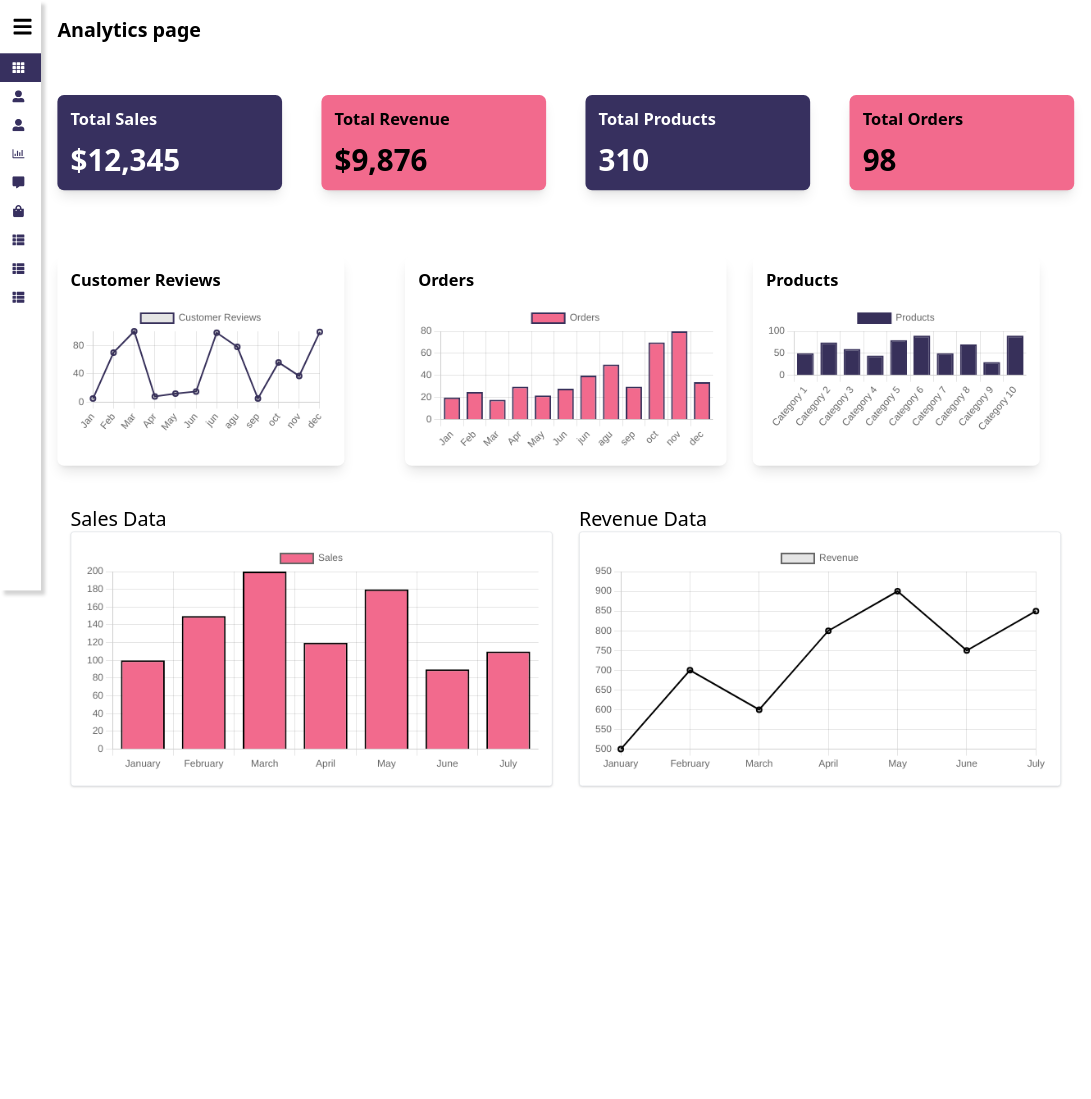
Repository: AndargWorku12/admin-dashboard
Page: /
An editor plug-in stored every save of this project. The page is shown before and after the next save, followed by the edit.
The browser window is 1280 px wide. The page is 1330 px wide, so the pictures cover 1330 px, including what lies to the right of the window. The pictures show the whole page, at 82% of full size.
The project was rebuilt for these pictures with package versions that can differ from the ones it lists, and the page was loaded fresh each time. Also part of the build but not shown: src/styles/orders.css, src/pages/OrderTable.tsx, src/pages/OrderModal.tsx, src/pages/Orders.tsx, src/styles/category.css, src/pages/CategoryPage.tsx, src/styles/login.css, src/pages/Login.tsx and 9 more.

Above is the page before, as saved 2024-02-03 04:22:18.

### src/index.tsx
import { ColorModeScript } from "@chakra-ui/react"
import * as React from "react"
import * as ReactDOM from "react-dom/client"
import App from "./App"
import './index.css'

const container = document.getElementById("root")
if (!container) throw new Error('Failed to find the root element');
const root = ReactDOM.createRoot(container)

root.render(

  <React.StrictMode>
    <ColorModeScript />
    <App />
  </React.StrictMode>,

)

### src/App.tsx

import React, {useState} from 'react';
import { BrowserRouter, Route, Routes } from 'react-router-dom';
import Sidebar from './components/Sidebar';
import Dashboard from './pages/Dashboard';
// import SignUpForm from './pages/LoginPopup'
import Orders from './pages/Orders';
import Category from './pages/CategoryPage';
import Login from './pages/Login'
import Analytics from './pages/Analytics';
import CustemerReview from './pages/CustemerReview';
import ProductList from './pages/ProductList';
import ShopCard from './pages/ShopCard';
import './App.css'
import SignUpForm from './pages/SignUpForm';
import ForgotPassword from './pages/ForgetPassword';
// import AnalyticsPage from './pages/Analytics';



type SaleData = {
  date: string;
  amount: number;
};

type RevenueData = {
  month: string;
  revenue: number;
};

type Product = {
    id: string;
    photo: string;
    name: string;
    price: number;
    category: string;
};

type Order = {
    id: string;
    productName: string;
    quantity: number;
    totalPrice: number;

};

type CategoryType = {
  id: string;
  photo:string;
  name: string;
};



// Sample props for components
type DashboardProps = {
  saleData: SaleData[];
  revenueData: RevenueData[];
  // ... other props
};

type AnalyticsProps = {
  salesData: SaleData[];
  // ... other props
};

type ProductProps = {
  products: Product[];
  onUpdate: (productId: string, updatedProduct: Product) => void;

};




type OrderProps = {
  orders: Order[];
  // ... other props
};

type CategoryProps = {
  categories: CategoryType[];
  // ... other props
};







const App: React.FC = () => {


// for the product page to handle
  const [products, setProducts] = useState<Product[]>([


    {
      id: '1',
      photo: 'https://img.ltwebstatic.com/images3_pi/2022/01/10/16417919016a32607182dd11dedeb77e8324b683e8_thumbnail_900x.webp',
      name: 'Product 1',
      price: 29.99,
      category: 'Electronics',
    },
    {
      id: '2',
      photo: 'https://img.ltwebstatic.com/images3_pi/2022/01/10/16417919016a32607182dd11dedeb77e8324b683e8_thumbnail_900x.webp',
      name: 'Product 2',
      price: 49.99,
      category: 'Clothing',
    },
    {
      id: '3',
      photo: 'https://img.ltwebstatic.com/images3_pi/2022/01/10/16417919016a32607182dd11dedeb77e8324b683e8_thumbnail_900x.webp',
      name: 'Product 3',
      price: 9.99,
      category: 'Books',
    },
    {
      id: '4',
      photo: 'https://img.ltwebstatic.com/images3_pi/2022/01/10/16417919016a32607182dd11dedeb77e8324b683e8_thumbnail_900x.webp',
      name: 'Product 4',
      price: 79.99,
      category: 'Home and Kitchen',
    },
    {
      id: '5',
      photo: 'https://img.ltwebstatic.com/images3_pi/2022/01/10/16417919016a32607182dd11dedeb77e8324b683e8_thumbnail_900x.webp',
      name: 'Product 5',
      price: 39.99,
      category: 'Toys',
    },



  ]);

  // Function to handle creating a new product
  const handleCreate = (newProduct: Product) => {
    setProducts((prevProducts) => [...prevProducts, newProduct]);
  };

  // Function to handle updating a product

  const handleUpdate = (productId: string, newName: string, newPrice: number) => {
    setProducts((prevProducts) =>
      prevProducts.map((product) =>
        product.id === productId
          ? { ...product, name: newName, price: newPrice }
          : product
      )
    );
  };



  // Function to handle deleting a product
  const handleDelete = (productId: string) => {
    setProducts((prevProducts) => prevProducts.filter((product) => product.id !== productId));
  };

//  for AnalyticsPage
// for category page


const [categories, setCategories] = useState<CategoryType[]>([
  {
    id: '1',
    photo: 'https://plus.unsplash.com/premium_photo-1661662850226-83c981ed4eba?w=500&auto=format&fit=crop&q=60&ixlib=rb-4.0.3&ixid=M3wxMjA3fDB8MHxzZWFyY2h8MXx8bGFwdG9wJTIwY29tcHV0ZXJ8ZW58MHx8MHx8fDA%3D',
    name: 'Category 1',
  },
  {
    id: '2',
    photo: 'https://plus.unsplash.com/premium_photo-1661662850226-83c981ed4eba?w=500&auto=format&fit=crop&q=60&ixlib=rb-4.0.3&ixid=M3wxMjA3fDB8MHxzZWFyY2h8MXx8bGFwdG9wJTIwY29tcHV0ZXJ8ZW58MHx8MHx8fDA%3D',
    name: 'Category 2',
  },
  {
    id: '3',
    photo: 'https://plus.unsplash.com/premium_photo-1661662850226-83c981ed4eba?w=500&auto=format&fit=crop&q=60&ixlib=rb-4.0.3&ixid=M3wxMjA3fDB8MHxzZWFyY2h8MXx8bGFwdG9wJTIwY29tcHV0ZXJ8ZW58MHx8MHx8fDA%3D',
    name: 'Category 3',
  },
  {
    id: '4',
    photo: 'https://plus.unsplash.com/premium_photo-1661662850226-83c981ed4eba?w=500&auto=format&fit=crop&q=60&ixlib=rb-4.0.3&ixid=M3wxMjA3fDB8MHxzZWFyY2h8MXx8bGFwdG9wJTIwY29tcHV0ZXJ8ZW58MHx8MHx8fDA%3D',
    name: 'Category 4',
  },

]);

// Function to handle creating a new category
// const handleCreateCategory = (newCategory: CategoryType) => {
//   setCategories((prevCategories) => [...prevCategories, newCategory]);
// };
const handleCreateCategory = (newCategory: CategoryType) => {
  // Add the new category to the list of categories
  setCategories((prevCategories) => [...prevCategories, newCategory]);
};

const handleUpdateCategory = (categoryId: string, newName: string) => {
  setCategories((prevCategories) =>
    prevCategories.map((category) =>
      category.id === categoryId ? { ...category, name: newName } : category
    )
  );
};

// Function to handle deleting a category
const handleDeleteCategory = (categoryId: string) => {
  setCategories((prevCategories) => prevCategories.filter((category) => category.id !== categoryId));
};

  const saleData: SaleData[] = [
    { date: '2022-01-01', amount: 100 },
    { date: '2022-01-02', amount: 150 },
    { date: '2022-01-03', amount: 200 },
    { date: '2022-01-04', amount: 120 },
    { date: '2022-01-05', amount: 180 },
    { date: '2022-01-06', amount: 90 },
    { date: '2022-01-07', amount: 110 },
    { date: '2022-01-08', amount: 130 },
    { date: '2022-01-09', amount: 170 },
    { date: '2022-01-10', amount: 160 },
  ];

  const revenueData: RevenueData[] = [
    { month: 'January', revenue: 500 },
    { month: 'February', revenue: 700 },
    { month: 'March', revenue: 600 },
    { month: 'April', revenue: 800 },
    { month: 'May', revenue: 900 },
    { month: 'June', revenue: 750 },
    { month: 'July', revenue: 850 },
    { month: 'August', revenue: 950 },
    { month: 'September', revenue: 700 },
    { month: 'October', revenue: 850 },
  ];


   const [orders, setOrders] = useState<Order[]>([
    {
      id: '1',
      productName: 'Laptop',
      quantity: 2,
      totalPrice: 2000,
    },
    {
      id: '2',
      productName: 'Smartphone',
      quantity: 3,
      totalPrice: 1200,
    },
    {
      id: '3',
      productName: 'Headphones',
      quantity: 1,
      totalPrice: 100,
    },
    {
      id: '4',
      productName: 'Camera',
      quantity: 1,
      totalPrice: 800,
    },

   ]);

  // Function to create a new order
  const handleCreateOrder = (newOrder: Order) => {
    setOrders((prevOrders) => [...prevOrders, newOrder]);
  };

  // Function to delete an order
  const handleDeleteOrder = (orderId: string) => {
    const updatedOrders = orders.filter(order => order.id !== orderId);
    setOrders(updatedOrders);
  };

  // Function to update an order
  const handleUpdateOrder = (orderId: string, updatedOrder: Order) => {
    // Placeholder implementation: Updating the order in the list
    setOrders((prevOrders) =>
      prevOrders.map((order) =>
        order.id === orderId ? { ...order, ...updatedOrder } : order
      )
    );
  };

  return (
    <div>
    <BrowserRouter>
    <Sidebar>
      <Routes>
        <Route path="/" element={<Dashboard saleData={saleData} revenueData={revenueData}  />} />
        <Route path="/dashboard" element={<Dashboard saleData={saleData} revenueData={revenueData}  />} />
       <Route path="/login" element={<Login/>}/>
       <Route path='/forget-password' element={<ForgotPassword/>}/>
        <Route path="/signup" element={<SignUpForm />} />
        <Route path="/review"element={<CustemerReview username="John" joinedDate="2022-01-01" reviewDate="2022-01-15" reviewText="Lorem ipsum" />}
/>

        <Route path="/analytics" element={<Analytics  />} />
        <Route
  path="/product"
  element={<ProductList />}
/>
        <Route path="/shop" element={<ShopCard />} />
        <Route
        path="/orders"
        element={
          <Orders
/>
        }
      />

        <Route
            path="/category"
            element={<Category />}
          />

      </Routes>
    </Sidebar>
  </BrowserRouter>
  </div>
  );
};

export default App;

### src/components/Sidebar.tsx
import React, { useState } from 'react';
import ReactNode from "react";
import {
    FaTh,
    FaBars,
    FaUserAlt,
    FaRegChartBar,
    FaCommentAlt,
    FaShoppingBag,
    FaThList
} from 'react-icons/fa';
import { NavLink, NavLinkProps } from 'react-router-dom';



interface MenuItem {
    path: string;
    name: string;
    icon: JSX.Element;
}

interface SidebarProps {
  children: React.ReactNode;
}
    const Sidebar: React.FC<React.PropsWithChildren<{}>> = ({ children }) => {
    const [isOpen, setIsOpen] = useState(false);

    const toggle = () => setIsOpen(!isOpen);

    const menuItems: MenuItem[] = [
        {
            path: '/',
            name: 'Dashboard',
            icon: <FaTh />,
        },
        {
            path: '/login',
            name: 'Login',
            icon: <FaUserAlt />,
        },
        {
          path: '/signup',
          name: 'Register form',
          icon: <FaUserAlt />,
      },
        {
            path: '/analytics',
            name: 'Analytics',
            icon: <FaRegChartBar />,
        },
        {
            path: '/review',
            name: 'CustemerReview',
            icon: <FaCommentAlt />,
        },
        {
            path: '/product',
            name: 'Product',
            icon: <FaShoppingBag />,
        },
        {
            path: '/category',
            name: 'Category List',
            icon: <FaThList />,
        },
        {
          path: '/orders',
          name: 'Orders',
          icon: <FaThList />,
      },
      {
        path: '/shop',
        name: 'Sample product',
        icon: <FaThList />,
    },
    ];

    return (
        <div className="container">
            <div style={{ width: isOpen ? '200px' : '50px' }} className="sidebar">
                <div className="top_section">
                    <h1 style={{ display: isOpen ? 'block' : 'none' }} className="logo">
                        Logo
                    </h1>
                    <div style={{ marginLeft: isOpen ? '50px' : '0px' }} className="bars">
                        <FaBars onClick={toggle} />
                    </div>
                </div>
                {menuItems.map((item, index) => (
                    <NavLink to={item.path} key={index} className="link"
                    //  activeClassName="active"
                     >
                        <div className="icon">{item.icon}</div>
                        <div style={{ display: isOpen ? 'block' : 'none' }} className="link_text text-sm">
                            {item.name}
                        </div>
                    </NavLink>
                ))}
            </div>
            <main>{children}</main>
        </div>
    );
};

export default Sidebar;

### src/pages/Dashboard.tsx




import React from 'react';
import { Bar, Line } from 'react-chartjs-2';
import {
  Chart as ChartJS,
  CategoryScale,
  LinearScale,
  BarElement,
  PointElement,
  LineElement,
  Title,
  Tooltip,
  Legend,
} from 'chart.js';
import Analytics from './Analytics'

ChartJS.register(
  CategoryScale,
  LinearScale,
  BarElement,
  PointElement,
  LineElement,
  Title,
  Tooltip,
  Legend
);
// import Chart from 'chart.js/auto';
// Assuming saleData and revenueData are custom types
type SaleData = {
  date: string;
  amount: number;
};

type RevenueData = {
  month: string;
  revenue: number;
};

interface DashboardProps {
  saleData: SaleData[];
  revenueData: RevenueData[];
}

const Dashboard: React.FC<DashboardProps> = ({ saleData, revenueData }) => {
  const barChartData = {
    labels: ['January', 'February', 'March', 'April', 'May', 'June', 'July'],
    datasets: [
      {
        label: 'Sales',
        data: saleData.map((data) => data.amount),
        backgroundColor: '#F26A8D',
        borderColor: '37305A',
        borderWidth: 2,

      },
    ],
  };

  const lineChartData = {
    labels: ['January', 'February', 'March', 'April', 'May', 'June', 'July'],
    datasets: [
      {
        label: 'Revenue',
        data: revenueData.map((data) => data.revenue),
        fill: false,
        borderColor: '37305A',
        borderWidth: 2,
        //some thing


      },
    ],
  };

  return (
    <div>
      <Analytics/>

<div className="flex h-screen">
      <div className="flex-1 max-w-screen-md p-4">
        <h3 className="text-2xl">Sales Data</h3>
        <div className="border p-4 bg-white rounded shadow">
        <Bar data={barChartData} />
      </div>
      </div>

      <div className="flex-1 max-w-screen-md p-4">
        <h3 className="text-2xl">Revenue Data</h3>
        <div className="border p-4 bg-white rounded shadow" >
        <Line data={lineChartData} />
        </div>
      </div>
      </div>
      <div>

      </div>
    </div>
  );
};

export default Dashboard;











// import React from 'react';
// import { Bar, Line } from 'react-chartjs-2';

// interface DashboardProps {
//   saleData: saleData[];
//   revenueData: revenueData[];
// }

// const Dashboard: React.FC<DashboardProps> = ({ saleData, revenueData }) => {
//   const barChartData = {
//     labels: ['January', 'February', 'March', 'April', 'May', 'June', 'July'],
//     datasets: [
//       {
//         label: 'Sales',
//         data: saleData,
//         backgroundColor: 'rgba(75,192,192,0.2)',
//         borderColor: 'rgba(75,192,192,1)',
//         borderWidth: 1,
//       },
//     ],
//   };

//   const lineChartData = {
//     labels: ['January', 'February', 'March', 'April', 'May', 'June', 'July'],
//     datasets: [
//       {
//         label: 'Revenue',
//         data: revenueData,
//         fill: false,
//         borderColor: 'rgba(75,192,192,1)',
//         borderWidth: 2,
//       },
//     ],
//   };

//   return (
//     <div>
//       <h2>Dashboard</h2>

//       <div>
//         <h3>Sales Data</h3>
//         <Bar data={barChartData} />
//       </div>

//       <div>
//         <h3>Revenue Data</h3>
//         <Line data={lineChartData} />
//       </div>
//     </div>
//   );
// };

// export default Dashboard;

### src/pages/Analytics.tsx

// Install dependencies:
// npm install react-chartjs-2 chart.js

import React from 'react';
import { Bar, Line } from 'react-chartjs-2';
import '../styles/analytics.css'
const AnalyticsPage: React.FC = () => {
  // Sample data
  const customerReviewData = {
    labels: ['Jan', 'Feb', 'Mar', 'Apr', 'May', 'Jun','jun','agu','sep','oct','nov','dec'],
    datasets: [
      {
        label: 'Customer Reviews',
        data: [5, 70, 100, 8, 12, 15,98,78,5,56,37,99],
        borderColor: '#37305A',
        borderWidth: 2,
        fill: false,
      },
    ],
  };

  const ordersData = {
    labels: ['Jan', 'Feb', 'Mar', 'Apr', 'May', 'Jun','jun','agu','sep','oct','nov','dec'],
    datasets: [
      {
        label: 'Orders',
        data: [20, 25, 18, 30, 22, 28,40,50,30,70,80,34],
        backgroundColor: '#F26A8D',
        borderColor: '#37305A',
        borderWidth: 2,
      },
    ],
  };

  const productsData = {
    labels: ['Category 1', 'Category 2', 'Category 3', 'Category 4', 'Category 5','Category 6','Category 7','Category 8','Category 9','Category 10'],
    datasets: [
      {
        label: 'Products',
        data: [50, 75, 60, 45, 80,90,50,70,30,90],
        backgroundColor: '#37305A',
        borderColor: '#37305A',
        borderWidth: 2,

      },
    ],
  };

  return (
    <>
    <h2 className='text-black font-bold text-2xl mb-16'>Analytics page</h2>

    <div className="col-span-4 md:col-span-2 lg:col-span-1 flex justify-between gap-8 mb-20 ">
          <div className="card1 p-4 rounded-lg shadow-lg flex-1 mr-4">
            <h2 className="text-xl font-bold mb-4">Total Sales</h2>
            <p className="text-4xl font-bold">$12,345</p>
          </div>
                {/* <div className='gap-8 col-span-3 md:col-span-2 lg:col-span-1 flex justify-between w-48'> */}
          <div className=" card2 p-4 rounded-lg shadow-lg flex-1 mr-4">
            <h2 className="text-xl font-bold mb-4">Total Revenue</h2>
            <p className="text-4xl font-bold">$9,876</p>
          </div>



          <div className="card1 p-4 rounded-lg shadow-lg flex-1 mr-4">
            <h2 className="text-xl font-bold mb-4">Total Products</h2>
            <p className="text-4xl font-bold">310</p>
          </div>


          <div className="card2 p-4 rounded-lg shadow-lg flex-1">
            <h2 className="text-xl font-bold mb-4">Total Orders</h2>
            <p className="text-4xl font-bold">98</p>
          </div>
          {/* <div className="bg-white p-4 rounded-lg shadow-lg flex-1">
            <h2 className="text-xl font-bold mb-4">Total Categories</h2>
            <p className="text-4xl font-bold">15</p>
          </div> */}
          {/* </div> */}
        </div>
    <div className="container mx-auto my-8 ">

      <div className=" chart grid grid-cols-1 md:grid-cols-2 lg:grid-cols-3 gap-8 w-screen">
        {/* Customer Reviews Chart */}
        <div className="customer bg-white p-4 rounded-lg shadow-lg ">
          <h2 className="text-xl font-bold mb-4">Customer Reviews</h2>
          <Line data={customerReviewData} />
        </div>

        {/* Orders Chart */}
        <div className="orders bg-white p-4 rounded-lg shadow-lg">
          <h2 className="text-xl font-bold mb-4">Orders</h2>
          <Bar data={ordersData} />
        </div>

        {/* Products Chart */}
        <div className=" product bg-white p-4 rounded-lg shadow-lg ">
          <h2 className="text-xl font-bold mb-4">Products</h2>
          <Bar data={productsData} />
        </div>

        {/* Total Metrics Cards */}
        {/* <div className='col-span-3 md:col-span-2 lg:col-span-1 flex justify-between gap-10'> */}


        {/* <div className="col-span-3 md:col-span-2 lg:col-span-1 flex justify-between gap-8 w-48">
          <div className="bg-white p-4 rounded-lg shadow-lg flex-1 mr-4">
            <h2 className="text-xl font-bold mb-4">Total Reviews</h2>
            <p className="text-4xl font-bold">135</p>
          </div>




        </div> */}


        {/* </div> */}
      </div>
    </div>
    </>
  );
};

export default AnalyticsPage;

### src/App.css
* {
    margin: 0;
    padding: 0;
    text-decoration: none;
    /* background: #fff; */
    /* color: #fff; */
    /* background: #0e1630 */
    /* background-color: #0e1630; */
}

.container {
    display: flex;
}

main {
    width: 100%;
    padding: 20px;
}

.sidebar {
    background: #fff;
    /* background: #0e1630; */
    box-shadow: 5px 5px 4px rgb(212, 212, 212);
    color: #000;
    height: 100vh;
    width: 200px;
    transition: all 0.5s;
}

.top_section {
    display: flex;
    align-items: center;
    padding: 20px 15px;
}

.logo {
    font-size: 30px;
}

.bars {
    display: flex;
    font-size: 25px;
    margin-left: 50px;
}

.link {
    display: flex;
    color: #37305F;
    padding: 10px 15px;
    gap: 15px;
    transition: all 0.5s;
}

.link:hover {
    background: #37305F;
    color: #fff;
    transition: all 0.5s;
}

.active {
    background: #37305F;
    color: #fff;
}

.icon,
.link_text {
    font-size: 15px;
}

### src/styles/analytics.css
.card1 {
    background: #37305F;
    color: #fff;
}

.card2 {
    background: #F26A8D;
    color: black;
}


/* .chart {
    box-shadow: 0.5px 0.5px 0.5px gray;
} */

.customer {
    max-width: 350px;
}

.orders {
    max-width: 350;
}

.product {
    max-width: 350px;
}

Loaded but not shown: public/index.html (common file); src/index.css (common file); tailwind.config.js (common file)

After the next save:
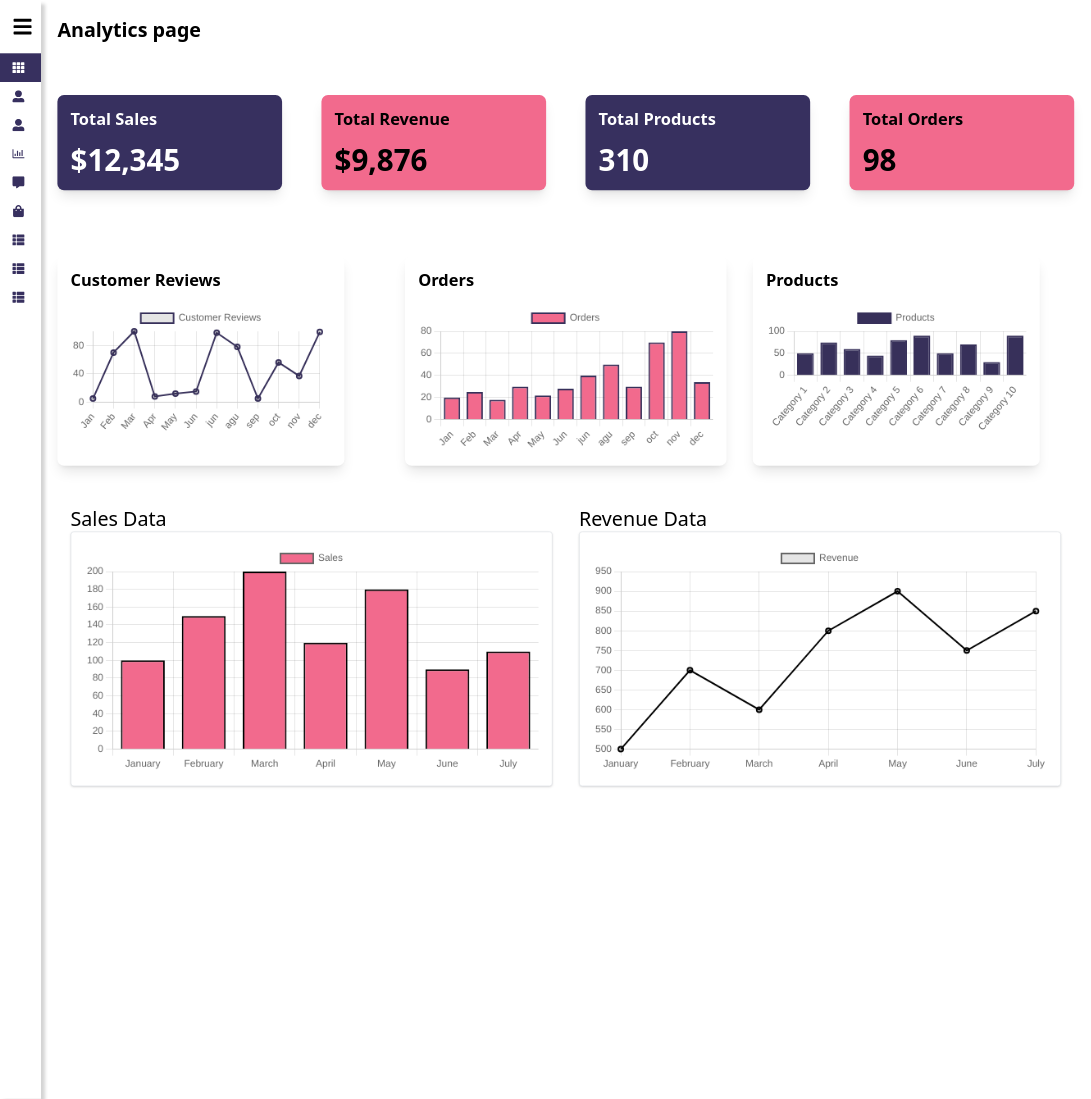
Saved 25 s later.
--- a/src/App.css
+++ b/src/App.css
@@ -22,7 +22,7 @@ main {
     /* background: #0e1630; */
     box-shadow: 5px 5px 4px rgb(212, 212, 212);
     color: #000;
-    height: 100vh;
+    height: auto;
     width: 200px;
     transition: all 0.5s;
 }
